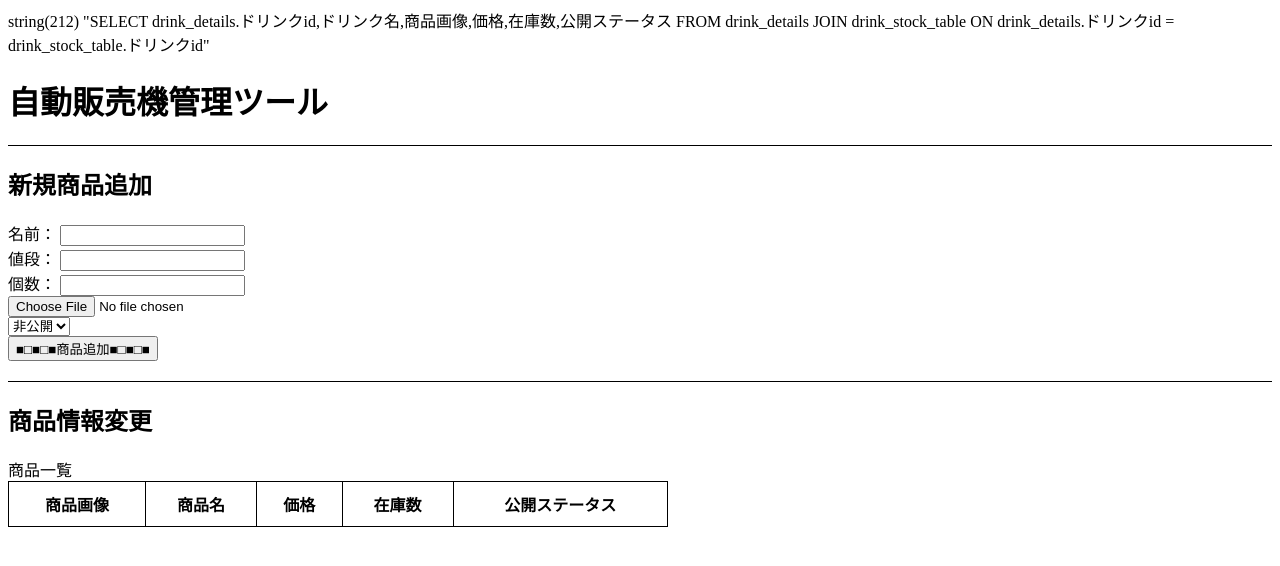
Repository: tppei/PHP
Page: http://localhost/htdocs/drink/tool.php
The author's editor kept a record of every edit. The page is drawn from the files as they stood at one moment, then again after the next edit.
The browser window is 1280 px wide. The pictures show the whole page.
The page is run by PHP 8.4 with error messages shown; the project is at /var/www/html/. Queries for data that is not in the repository find no rows.

Above is the page before.

After the next edit:
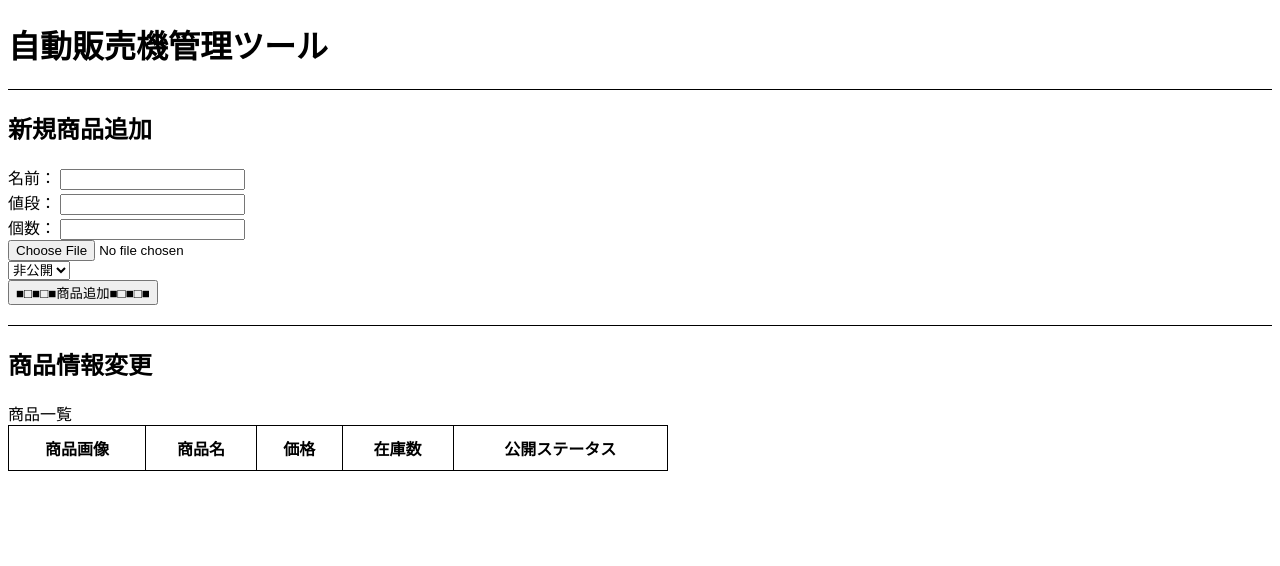
The edit:
--- a/htdocs/drink/tool.php
+++ b/htdocs/drink/tool.php
@@ -198,7 +198,6 @@
                         mysqli_set_charset($link, 'utf8');
                         // 表作成のためのカラム取得
                         $sql = "SELECT drink_details.ドリンクid,ドリンク名,商品画像,価格,在庫数,公開ステータス FROM drink_details JOIN drink_stock_table ON drink_details.ドリンクid = drink_stock_table.ドリンクid";
-                        var_dump($sql);
                         $result = mysqli_query($link,$sql);
                         while($row = mysqli_fetch_array($result)){
                             $data[] = $row;
